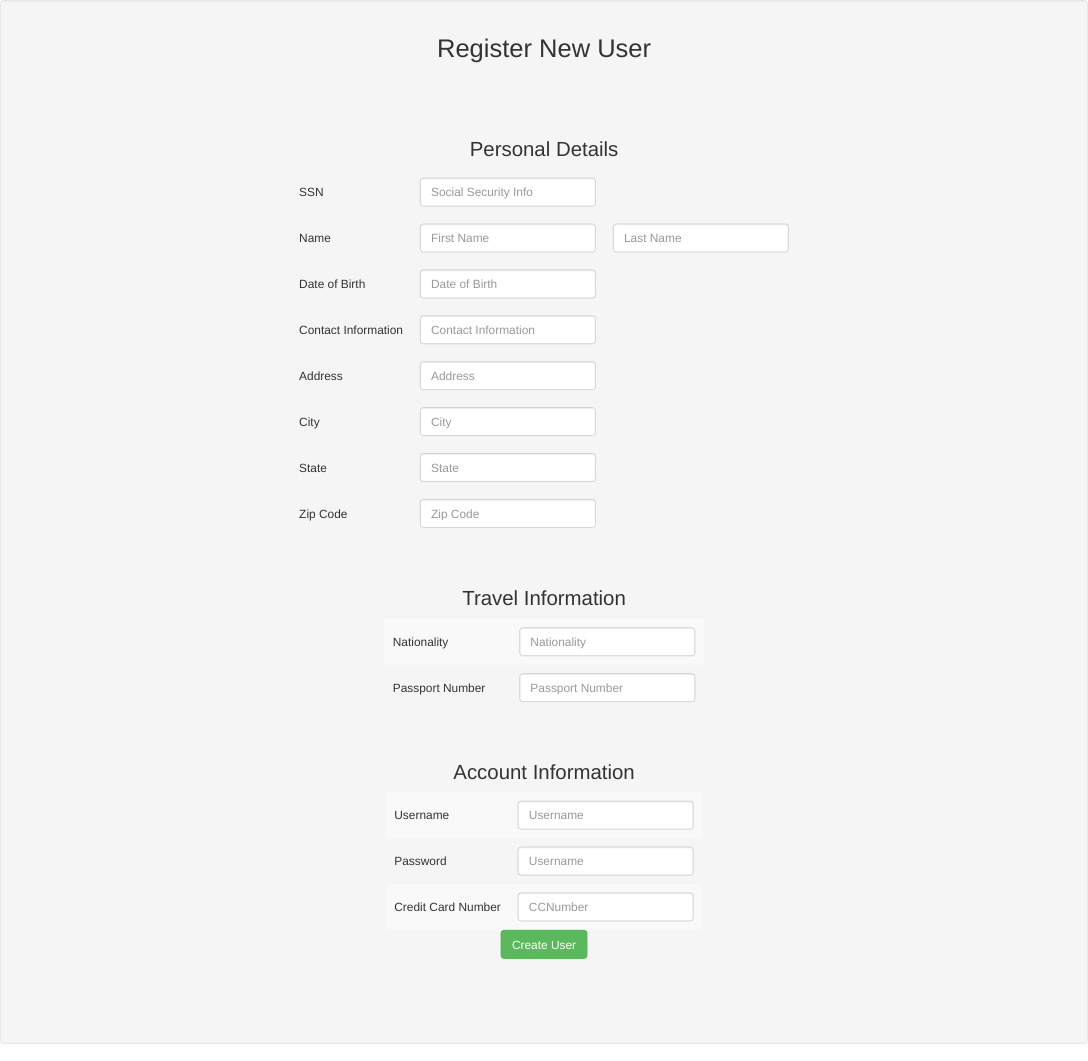
Repository: harshadrane89/CMPE273-WebService-AirlineManagement
Page: http://localhost/AirlineManagementSystemClient/TwitterGUI/NewCustomer.jsp
The author's editor kept a copy of each file at every save. The page is drawn from the files as they stood at one save, then again after the next save.
The browser window is 1280 px wide. The pictures show the whole page, at 85% of full size.
The page is served by Tomcat 9.

Above is the page before, as saved 2013-12-08 09:55:08.

After the next save:
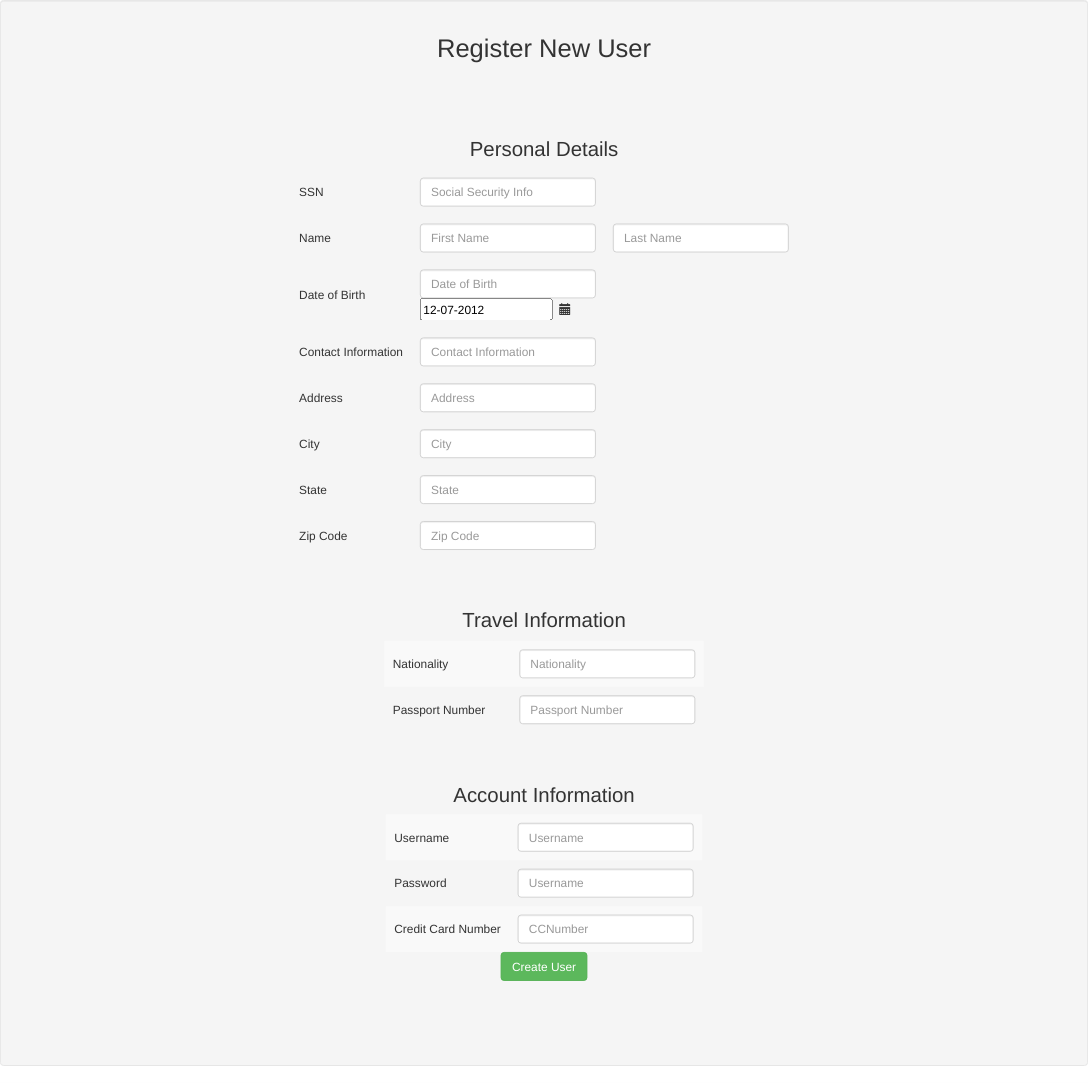
Saved 11 min 10 s later.
--- a/273_Project_Tomcat/AirlineManagementSystemClient/WebContent/TwitterGUI/NewCustomer.jsp
+++ b/273_Project_Tomcat/AirlineManagementSystemClient/WebContent/TwitterGUI/NewCustomer.jsp
@@ -48,7 +48,18 @@
 					<td>Date of Birth</td>
 					<td><input type="text" placeholder="Date of Birth" name="dob"
 						value="<%=traveller.getDob() != null ? traveller.getDob() : ""%>"
-						class="form-control"></td>
+						class="form-control">
+
+
+						<div class="input-append date input-group" id="dp1"
+							data-date="12-07-2012" data-date-format="mm-dd-yyyy">
+							<input class="span2" name="arrDate" size="16" type="text"
+								value="12-07-2012" readonly> &nbsp;<span
+								class="add-on glyphicon glyphicon-calendar"></span>
+						</div>
+
+
+						</td>
 				</tr>
 				<tr>
 					<td>Contact Information</td>
